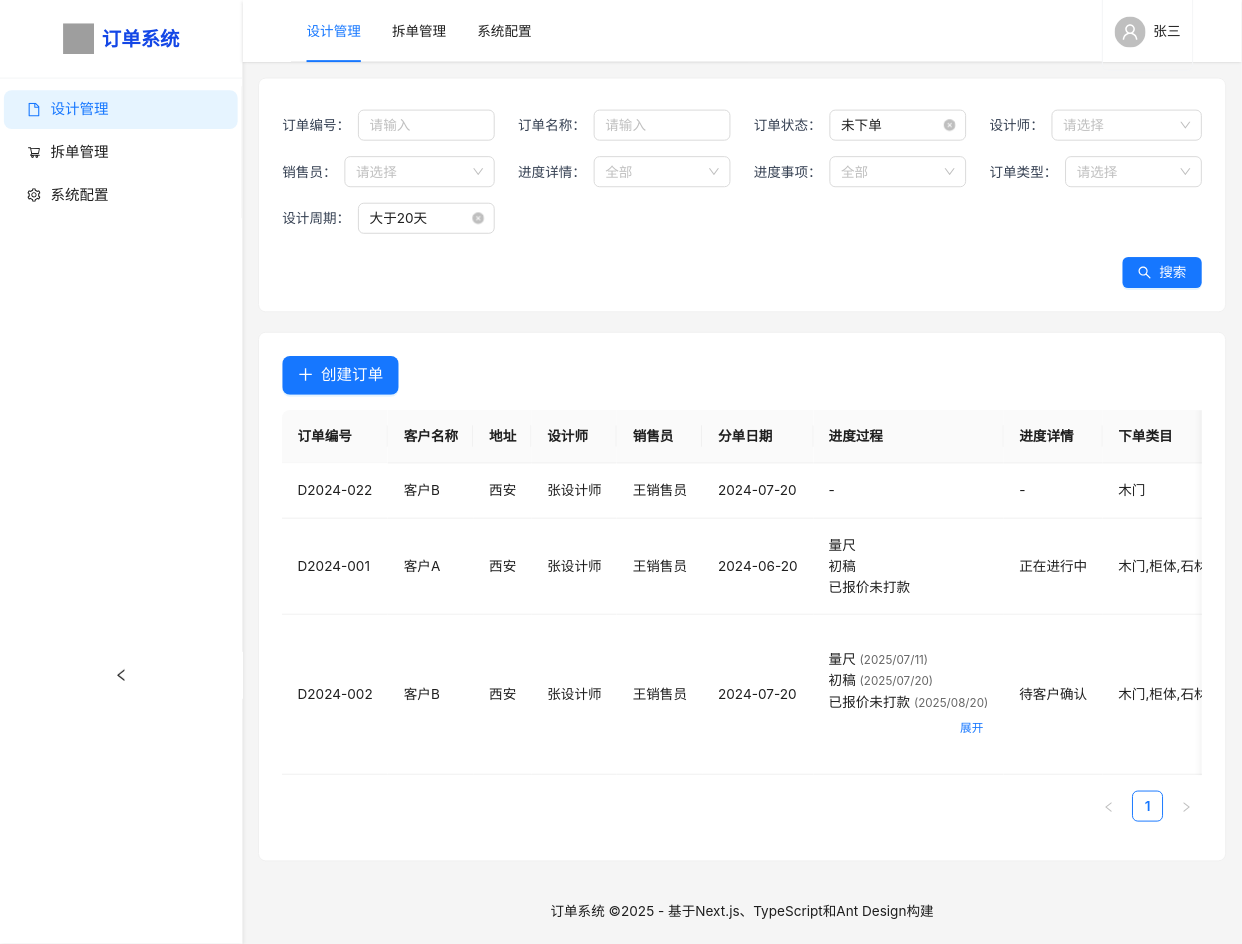
Repository: Garyxiwang/order_system
Page: /design (app in front/)
These files come from the project's save history. The page is drawn as it stood at one moment and after the next save; the edit follows.
The browser window is 1280 px wide. The pictures show the whole page, at 97% of full size.
Pictures or frames that could not be fetched are drawn as grey boxes. The project was rebuilt for these pictures with package versions that can differ from the ones it lists, and the page was loaded fresh each time. The framework's server and built-in components were replaced by stand-ins that run in the browser. Also part of the build but not shown: front/next.config.js, front/next.config.ts.

Above is the page before, as saved 2025-08-04 17:16:31.

### front/src/app/layout.tsx
import type { Metadata } from "next";
import { Geist, Geist_Mono } from "next/font/google";
import "./globals.css";

const geistSans = Geist({
  variable: "--font-geist-sans",
  subsets: ["latin"],
});

const geistMono = Geist_Mono({
  variable: "--font-geist-mono",
  subsets: ["latin"],
});

export const metadata: Metadata = {
  title: "订单系统",
  description: "基于Next.js、TypeScript和Ant Design构建的订单系统",
};

import AppLayout from '@/components/layout/AppLayout';

export default function RootLayout({
  children,
}: Readonly<{
  children: React.ReactNode;
}>) {
  return (
    <html lang="zh-CN">
      <body
        className={`${geistSans.variable} ${geistMono.variable} antialiased`}
      >
        <AppLayout>
          {children}
        </AppLayout>
      </body>
    </html>
  );
}

### front/src/app/design/page.tsx
"use client";

import React, { useState } from "react";
import {
  Typography,
  Card,
  Table,
  Button,
  Space,
  Input,
  Select,
  Row,
  Col,
  Tag,
} from "antd";
import { SearchOutlined, PlusOutlined } from "@ant-design/icons";

const { Title } = Typography;
const { Option } = Select;

const DesignPage: React.FC = () => {
  const [expandedRows, setExpandedRows] = useState<Set<number>>(new Set());
  const [activeTab, setActiveTab] = useState("1");
  const [selectedDesign, setSelectedDesign] = useState<string | null>(null);

  // 模拟设计页数据
  const designData = [
    {
      designNumber: "D2024-022",
      customerName: "客户B",
      address: "西安",
      designer: "张设计师",
      salesperson: "王销售员",
      splitTime: "2024-07-20",
      progress: "",
      progressDetail: "",
      category: "木门",
      cycle: "1",
      state: "未下单",
      orderType: "设计单",
      remark: "",
    },
    {
      designNumber: "D2024-001",
      customerName: "客户A",
      address: "西安",
      designer: "张设计师",
      salesperson: "王销售员",
      splitTime: "2024-06-20",
      progress: "量尺,初稿,已报价未打款",
      progressDetail: "正在进行中",
      category: "木门,柜体,石材",
      cycle: "70",
      state: "已下单",
      orderType: "设计单",
      remark: "这个是一个备注",
    },
    {
      designNumber: "D2024-002",
      customerName: "客户B",
      address: "西安",
      designer: "张设计师",
      salesperson: "王销售员",
      splitTime: "2024-07-20",
      progress:
        "量尺:2025/07/11,初稿:2025/07/20,已报价未打款:2025/08/20,已打款,已打款,已打款,已打款",
      progressDetail: "待客户确认",
      category: "木门,柜体,石材,板材",
      cycle: "21",
      state: "已下单",
      orderType: "设计单",
      remark:
        "一个很长很长很长很长很很长很长很很长很长很很长很长很很长很长很很长很长很很长很长很长很长很长很长的备注",
    },

  ];

  const columns = [
    {
      title: "订单编号",
      dataIndex: "designNumber",
      key: "designNumber",
    },
    {
      title: "客户名称",
      dataIndex: "customerName",
      key: "customerName",
    },
    {
      title: "地址",
      dataIndex: "address",
      key: "customerName",
    },
    {
      title: "设计师",
      dataIndex: "designer",
      key: "designer",
    },
    {
      title: "销售员",
      dataIndex: "salesperson",
      key: "salesperson",
    },
    {
      title: "分单日期",
      dataIndex: "splitTime",
      key: "splitTime",
    },
    {
      title: "进度过程",
      dataIndex: "progress",
      key: "progress",
      render: (
        text: string,
        record: Record<string, unknown>,
        index: number
      ) => {
        if (!text) return "-";
        const items = text
          .split(",")
          .map((item) => item.trim())
          .filter((item) => item);

        const isExpanded = expandedRows.has(index);
        const shouldShowExpand = items.length > 3;
        const displayItems = isExpanded ? items : items.slice(0, 3);

        const toggleExpand = () => {
          const newExpandedRows = new Set(expandedRows);
          if (isExpanded) {
            newExpandedRows.delete(index);
          } else {
            newExpandedRows.add(index);
          }
          setExpandedRows(newExpandedRows);
        };

        // 解析进度项目，分离状态和时间
        const parseProgressItem = (item: string) => {
          if (item.includes(":")) {
            const [status, time] = item.split(":");
            return { status: status.trim(), time: time.trim() };
          }
          return { status: item, time: null };
        };

        return (
          <div>
            {displayItems.map((item, itemIndex) => {
              const { status, time } = parseProgressItem(item);

              return (
                <div key={itemIndex}>
                  {time ? (
                    <span>
                      {status}{" "}
                      <span style={{ fontSize: "12px", color: "#666" }}>
                        ({time})
                      </span>
                    </span>
                  ) : (
                    <span>{status}</span>
                  )}
                </div>
              );
            })}
            {shouldShowExpand && !isExpanded && (
              <div style={{ textAlign: "right", marginTop: "4px" }}>
                <Button
                  type="link"
                  size="small"
                  onClick={toggleExpand}
                  style={{ padding: "0 4px", fontSize: "12px" }}
                >
                  展开
                </Button>
              </div>
            )}
            {shouldShowExpand && isExpanded && (
              <div style={{ textAlign: "right", marginTop: "4px" }}>
                <Button
                  type="link"
                  size="small"
                  onClick={toggleExpand}
                  style={{ padding: "0 4px", fontSize: "12px" }}
                >
                  收起
                </Button>
              </div>
            )}
          </div>
        );
      },
    },
    {
      title: "进度详情",
      dataIndex: "progressDetail",
      key: "progressDetail",
      render: (text: string) => {
        if (!text) return "-";
        return text;
      },
    },
    {
      title: "下单类目",
      dataIndex: "category",
      key: "category",
    },
    {
      title: "设计周期",
      dataIndex: "cycle",
      key: "cycle",
      render: (text: string) => {
        if (!text) return "-";

        // 提取数字部分
        const match = text.match(/(\d+)/);
        const days = match ? parseInt(match[1]) : 0;

        let color = "#000"; // 默认黑色
        if (days > 50) {
          color = "#ff4d4f"; // 红色 - 大于50天
        } else if (days > 20) {
          color = "#faad14"; // 橙色 - 大于20天
        }

        return <span style={{ color }}>{text} 天</span>;
      },
    },
    {
      title: "订单状态",
      dataIndex: "state",
      key: "state",
      render: (text: string) => {
        if (text === "已下单") {
          return <Tag color="green">{text}</Tag>;
        }
        return text;
      },
    },
    {
      title: "订单类型",
      dataIndex: "orderType",
      key: "orderType",
    },
    {
      title: "备注",
      dataIndex: "remark",
      key: "remark",
      render: (text: string) => (
        <div
          style={{
            maxWidth: "150px",
            wordWrap: "break-word",
            whiteSpace: "pre-wrap",
          }}
        >
          {text || "-"}
        </div>
      ),
    },
    {
      title: "操作",
      key: "action",
      render: (_: unknown, record: Record<string, string | number>) => (
        <Space size="middle">
          <Button type="link" size="small">
            编辑
          </Button>
          <Button type="link" size="small">
            更新进度
          </Button>
          <Button type="link" size="small">
            下单
          </Button>
        </Space>
      ),
    },
  ];

  return (
    <div className="space-y-6">
      {/* 搜索Card */}
      <Card variant="outlined" style={{ marginBottom: 20 }}>
        <Row gutter={24}>
          <Col span={6} className="py-2">
            <div className="flex items-center gap-2">
              <label className="whitespace-nowrap text-sm font-medium text-gray-700 min-w-16">
                订单编号：
              </label>
              <Input
                placeholder="请输入"
                className="rounded-md border-gray-200 flex-1"
                size="middle"
                allowClear
              />
            </div>
          </Col>
          <Col span={6} className="py-2">
            <div className="flex items-center gap-2">
              <label className="whitespace-nowrap text-sm font-medium text-gray-700 min-w-16">
                订单名称：
              </label>
              <Input
                placeholder="请输入"
                className="rounded-md border-gray-200 flex-1"
                size="middle"
                allowClear
              />
            </div>
          </Col>
          <Col span={6} className="py-2">
            <div className="flex items-center gap-2">
              <label className="whitespace-nowrap text-sm font-medium text-gray-700 min-w-16">
                订单状态：
              </label>
              <Select
                placeholder="全部状态"
                className="rounded-md flex-1"
                size="middle"
                defaultValue={"-1"}
                allowClear
              >
                <Option value="-1">未下单</Option>
                <Option value="1">已下单</Option>
              </Select>
            </div>
          </Col>
          <Col span={6} className="py-2">
            <div className="flex items-center gap-2">
              <label className="whitespace-nowrap text-sm font-medium text-gray-700 min-w-12">
                设计师：
              </label>
              <Select
                placeholder="请选择"
                className="rounded-md flex-1"
                size="middle"
                allowClear
              >
                <Option value="designer1">设计师1</Option>
                <Option value="designer2">设计师2</Option>
              </Select>
            </div>
          </Col>
          <Col span={6} className="py-2">
            <div className="flex items-center gap-2">
              <label className="whitespace-nowrap text-sm font-medium text-gray-700 min-w-12">
                销售员：
              </label>
              <Select
                placeholder="请选择"
                className="rounded-md flex-1"
                size="middle"
                allowClear
              >
                <Option value="designer1">销售员1</Option>
                <Option value="designer2">销售员2</Option>
                <Option value="designer2">销售员3</Option>
              </Select>
            </div>
          </Col>
          <Col span={6} className="py-2">
            <div className="flex items-center gap-2">
              <label className="whitespace-nowrap text-sm font-medium text-gray-700 min-w-16">
                进度详情：
              </label>
              <Select
                placeholder="全部"
                className="rounded-md flex-1"
                size="middle"
                allowClear
              >
                <Option value="designing">正常进行中</Option>
                <Option value="reviewing">等硬装</Option>
                <Option value="completed">客户待打款</Option>
                <Option value="completed">待客户确认</Option>
                <Option value="completed">其他</Option>
              </Select>
            </div>
          </Col>
          <Col span={6} className="py-2">
            <div className="flex items-center gap-2">
              <label className="whitespace-nowrap text-sm font-medium text-gray-700 min-w-16">
                进度事项：
              </label>
              <Select
                placeholder="全部"
                className="rounded-md flex-1"
                size="middle"
                allowClear
              >
                <Option value="normal">量尺</Option>
                <Option value="important">初稿</Option>
                <Option value="urgent">已报价未打款</Option>
                <Option value="urgent">已打款</Option>
                <Option value="urgent">已下单</Option>
              </Select>
            </div>
          </Col>
          <Col span={6} className="py-2">
            <div className="flex items-center gap-2">
              <label className="whitespace-nowrap text-sm font-medium text-gray-700 min-w-16">
                订单类型：
              </label>
              <Select
                placeholder="请选择"
                className="rounded-md flex-1"
                size="middle"
                allowClear
              >
                <Option value="design">设计单</Option>
                <Option value="development">拆单订单</Option>
              </Select>
            </div>
          </Col>
          <Col span={6} className="py-2">
            <div className="flex items-center gap-2">
              <label className="whitespace-nowrap text-sm font-medium text-gray-700 min-w-16">
                设计周期：
              </label>
              <Select
                placeholder="请选择"
                className="rounded-md flex-1"
                size="middle"
                defaultValue={"20"}
                allowClear
              >
                <Option value="20">大于20天</Option>
                <Option value="50">大于50天</Option>
              </Select>
            </div>
          </Col>
        </Row>
        <Row className="mt-4">
          <Col span={24} className="text-right">
            <Space>
              <Button
                type="primary"
                icon={<SearchOutlined />}
                size="middle"
                className="bg-blue-600 hover:bg-blue-700"
              >
                搜索
              </Button>
            </Space>
          </Col>
        </Row>
      </Card>

      {/* 内容Card */}
      <Card variant="outlined">
        {/* 新增按钮 */}
        <div className="flex justify-between items-center mb-4">
          <Button
            type="primary"
            icon={<PlusOutlined />}
            size="large"
            className="bg-blue-600 hover:bg-blue-700"
          >
            创建订单
          </Button>
        </div>

        {/* 表格区域 */}
        <Table
          columns={columns}
          dataSource={designData}
          bordered={false}
          pagination={{ pageSize: 10 }}
          rowClassName="hover:bg-blue-50"
          rowKey={(record) => record.designNumber}
          scroll={{ x: "max-content" }}
        />
      </Card>
    </div>
  );
};

export default DesignPage;

### front/src/app/globals.css
@import "tailwindcss";
/* Ant Design 5.x不再需要全局导入CSS文件 */

:root {
  --background: #ffffff;
  --foreground: #171717;
}

@theme inline {
  --color-background: var(--background);
  --color-foreground: var(--foreground);
  --font-sans: var(--font-geist-sans);
  --font-mono: var(--font-geist-mono);
}

@media (prefers-color-scheme: dark) {
  :root {
    --background: #0a0a0a;
    --foreground: #ededed;
  }
}

body {
  background: var(--background);
  color: var(--foreground);
  font-family: Arial, Helvetica, sans-serif;
}

### front/src/components/layout/AppLayout.tsx
"use client";

import React, { useState } from "react";
import { Layout, Menu, Avatar, Dropdown, Button, Space } from "antd";
import type { MenuProps } from "antd";
import {
  UserOutlined,
  LogoutOutlined,
  BellOutlined,
  SettingOutlined,
} from "@ant-design/icons";
import SideMenu from "@/components/layout/SideMenu";
import AntdRegistry from "../AntdRegistry";
import { usePathname, useRouter } from "next/navigation";
import Link from "next/link";

const { Content, Footer, Sider, Header } = Layout;

interface AppLayoutProps {
  children: React.ReactNode;
}

const AppLayout: React.FC<AppLayoutProps> = ({ children }) => {
  const pathname = usePathname();
  const router = useRouter();
  const isLoginPage = pathname === "/login";

  // 模拟当前用户信息
  const [currentUser] = useState({
    name: "张三",
    avatar: "",
    role: "管理员",
  });

  // 处理退出登录
  const handleLogout = () => {
    // 实际项目中应该调用登出API，清除token等
    console.log("用户登出");
    router.push("/login");
  };

  // 用户下拉菜单项
  const userMenuItems: MenuProps["items"] = [
    // {
    //   key: "profile",
    //   icon: <UserOutlined />,
    //   label: "个人信息",
    // },
    // {
    //   key: "settings",
    //   icon: <SettingOutlined />,
    //   label: "账户设置",
    // },
    // {
    //   type: "divider",
    // },
    {
      key: "logout",
      icon: <LogoutOutlined />,
      label: "退出登录",
      onClick: handleLogout,
    },
  ];

  return (
    <AntdRegistry>
      {isLoginPage ? (
        <>{children}</>
      ) : (
        <Layout className="min-h-screen">
          <Layout>
            <Sider
              width={250}
              theme="light"
              className="min-h-screen shadow-md z-10 bg-gradient-to-b from-blue-50 to-white"
              breakpoint="lg"
              collapsible
            >
              <div className="flex items-center justify-center py-6 px-4 border-b border-gray-100">
                <div className="text-xl font-bold text-blue-700 flex items-center">
                  <img src="/globe.svg" alt="Logo" className="w-8 h-8 mr-2" />
                  <span>订单系统</span>
                </div>
              </div>
              <div className="py-2">
                <SideMenu />
              </div>
            </Sider>
            <Layout>
              <Header
                style={{ backgroundColor: "white" }}
                className="px-6 flex justify-between items-center shadow-sm h-16 sticky top-0 z-10"
              >
                <div className="flex-1">
                  <Menu
                    mode="horizontal"
                    selectedKeys={[pathname.split("/")[1] || ""]}
                    className="border-b-0 font-medium"
                    items={[
                      {
                        key: "design",
                        label: (
                          <Link
                            href="/design"
                            className="text-gray-700 hover:text-blue-600"
                          >
                            设计管理
                          </Link>
                        ),
                      },
                      {
                        key: "split",
                        label: (
                          <Link
                            href="/split"
                            className="text-gray-700 hover:text-blue-600"
                          >
                            拆单管理
                          </Link>
                        ),
                      },
                      {
                        key: "config",
                        label: (
                          <Link
                            href="/config"
                            className="text-gray-700 hover:text-blue-600"
                          >
                            系统配置
                          </Link>
                        ),
                      },
                    ]}
                  />
                </div>
                <div className="flex items-center">
                  {/* <Button
                    type="text"
                    icon={<BellOutlined className="text-lg" />}
                    className="mr-4 hover:bg-gray-100 h-10 w-10 flex items-center justify-center rounded-full"
                  /> */}
                  <Dropdown
                    menu={{ items: userMenuItems }}
                    placement="bottomRight"
                    arrow
                  >
                    <Space className="cursor-pointer px-3 py-2 rounded-md hover:bg-gray-100 border border-gray-100">
                      <Avatar icon={<UserOutlined />} className="bg-blue-500" />
                      <span className="font-medium">{currentUser.name}</span>
                    </Space>
                  </Dropdown>
                </div>
              </Header>
              <Content className="m-4 rounded-lg">
                {children}
              </Content>
              <Footer className="text-center text-gray-500 bg-transparent">
                订单系统 ©{new Date().getFullYear()} -
                基于Next.js、TypeScript和Ant Design构建
              </Footer>
            </Layout>
          </Layout>
        </Layout>
      )}
    </AntdRegistry>
  );
};

export default AppLayout;

### front/src/components/layout/SideMenu.tsx
'use client';

import React from 'react';
import { Menu } from 'antd';
import { FileOutlined, ShoppingCartOutlined, SettingOutlined, DashboardOutlined } from '@ant-design/icons';
import Link from 'next/link';
import { usePathname } from 'next/navigation';

const SideMenu: React.FC = () => {
  const pathname = usePathname();

  // 根据当前路径确定选中的菜单项
  const getSelectedKey = () => {
    if (pathname.startsWith('/design')) return ['design'];
    if (pathname.startsWith('/split')) return ['split'];
    if (pathname.startsWith('/config')) return ['config'];
    return [];
  };

  const menuItems = [
    {
      key: 'design',
      icon: <FileOutlined className="text-blue-600" />,
      label: <Link href="/design" className="text-gray-700 hover:text-blue-600 font-medium">设计管理</Link>,
    },
    {
      key: 'split',
      icon: <ShoppingCartOutlined className="text-blue-600" />,
      label: <Link href="/split" className="text-gray-700 hover:text-blue-600 font-medium">拆单管理</Link>,
    },
    {
      key: 'config',
      icon: <SettingOutlined className="text-blue-600" />,
      label: <Link href="/config" className="text-gray-700 hover:text-blue-600 font-medium">系统配置</Link>,
    },
  ];

  return (
    <Menu
      mode="inline"
      selectedKeys={getSelectedKey()}
      items={menuItems}
      className="border-r-0 bg-transparent"
      style={{ fontSize: '15px' }}
    />
  );
};

export default SideMenu;

### front/src/components/AntdRegistry.tsx
'use client';

import React from 'react';
import { createCache, extractStyle, StyleProvider } from '@ant-design/cssinjs';
import type Entity from '@ant-design/cssinjs/es/Cache';
import { useServerInsertedHTML } from 'next/navigation';

interface AntdRegistryProps {
  children: React.ReactNode;
}

const AntdRegistry = ({ children }: AntdRegistryProps) => {
  const cache = React.useMemo<Entity>(() => createCache(), []);

  useServerInsertedHTML(() => {
    return (
      <style
        id="antd"
        dangerouslySetInnerHTML={{ __html: extractStyle(cache, true) }}
      />
    );
  });

  return <StyleProvider cache={cache}>{children}</StyleProvider>;
};

export default AntdRegistry;

After the next save:
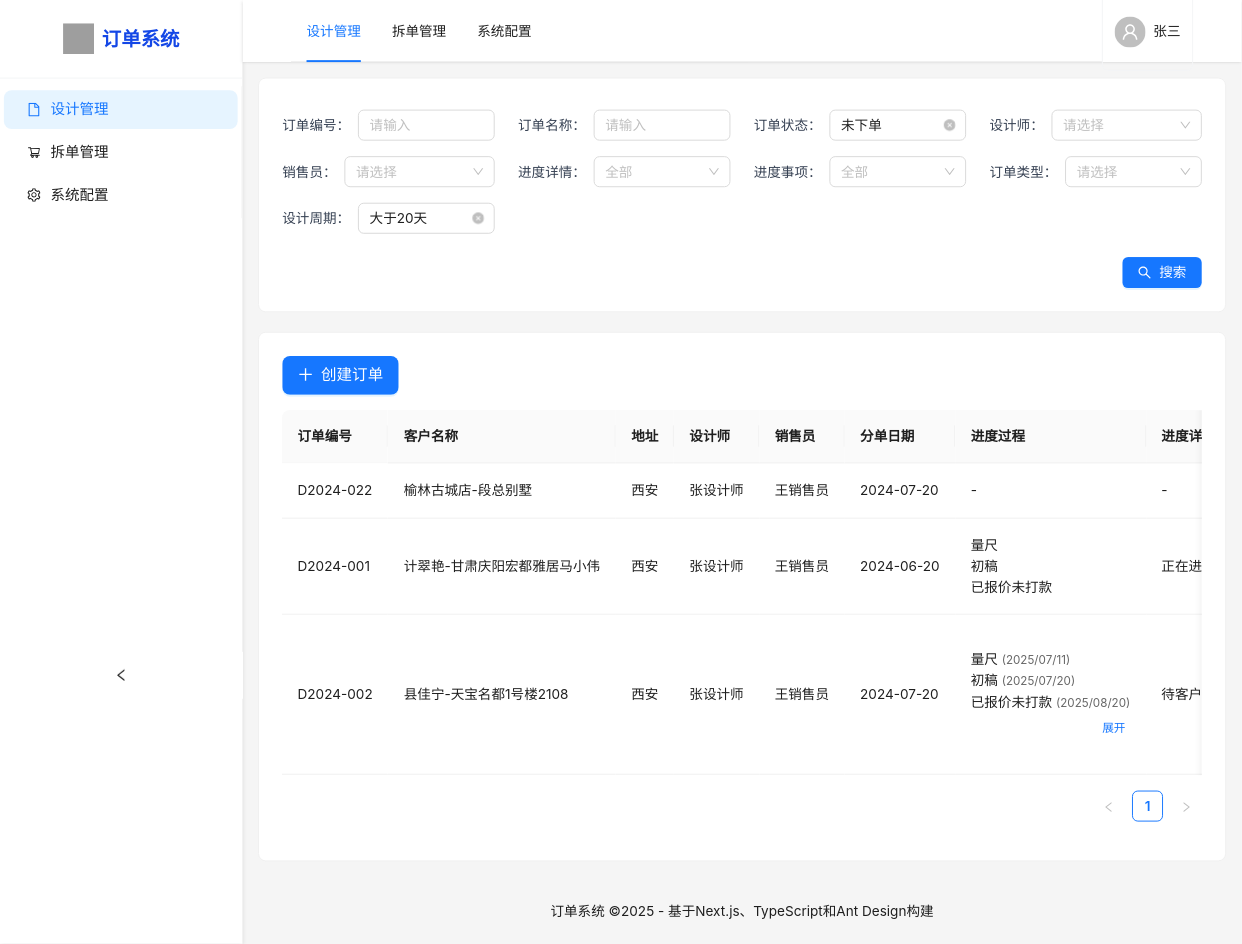
Saved 57 s later.
--- a/front/src/app/design/page.tsx
+++ b/front/src/app/design/page.tsx
@@ -27,7 +27,7 @@ const DesignPage: React.FC = () => {
   const designData = [
     {
       designNumber: "D2024-022",
-      customerName: "客户B",
+      customerName: "榆林古城店-段总别墅",
       address: "西安",
       designer: "张设计师",
       salesperson: "王销售员",
@@ -42,7 +42,7 @@ const DesignPage: React.FC = () => {
     },
     {
       designNumber: "D2024-001",
-      customerName: "客户A",
+      customerName: "计翠艳-甘肃庆阳宏都雅居马小伟",
       address: "西安",
       designer: "张设计师",
       salesperson: "王销售员",
@@ -57,7 +57,7 @@ const DesignPage: React.FC = () => {
     },
     {
       designNumber: "D2024-002",
-      customerName: "客户B",
+      customerName: "县佳宁-天宝名都1号楼2108",
       address: "西安",
       designer: "张设计师",
       salesperson: "王销售员",
